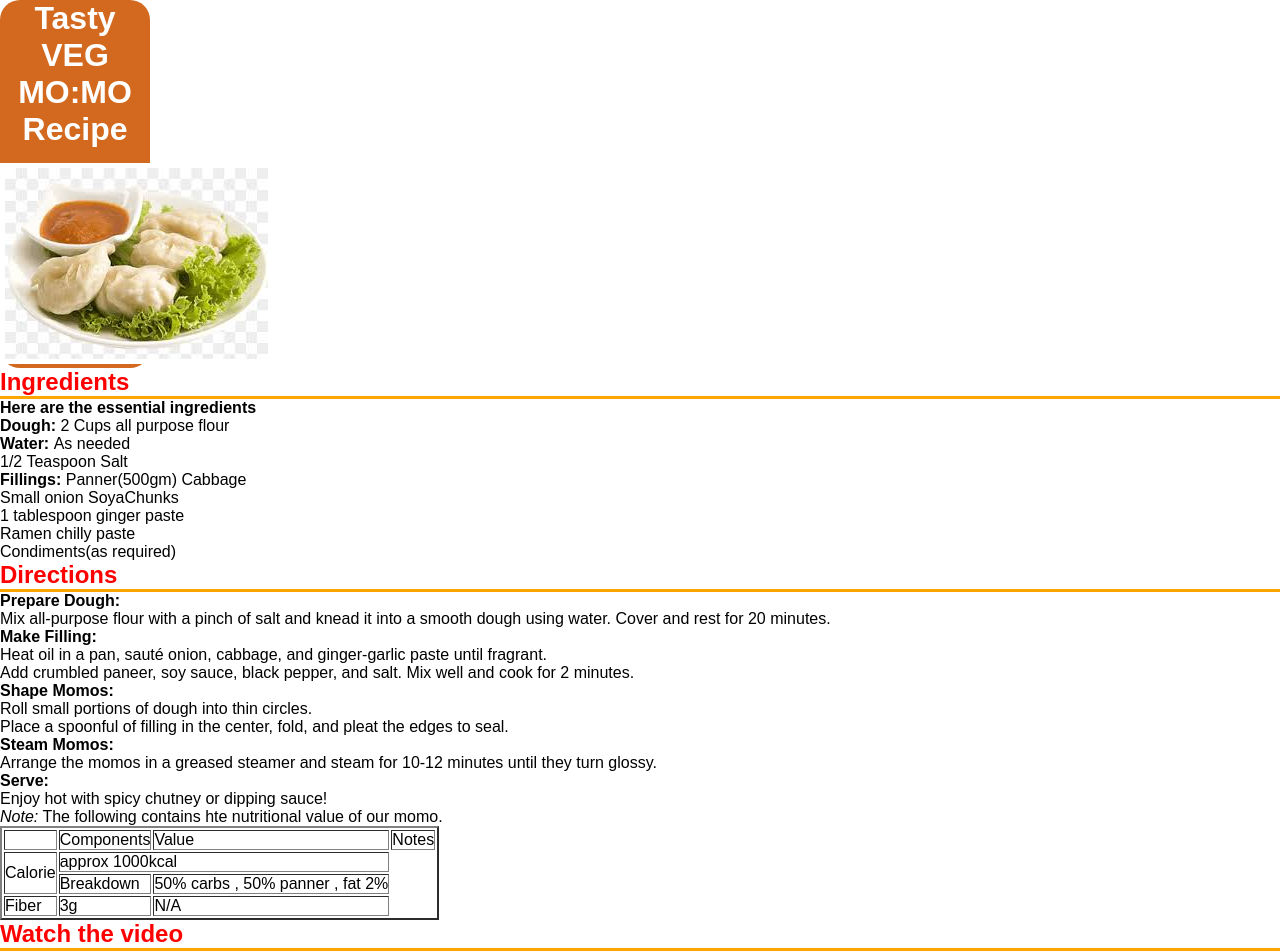
Repository: GigaByte6610/recipe
Page: index.html
These files come from the project's save history. The page is drawn as it stood at one moment and after the next save; the edit follows.
The browser window is 1280 px wide. The pictures show the part of the page from y = 0 to 952 px (the page is 1324 px tall before and 1213 px after).
Pictures or frames that could not be fetched are drawn as grey boxes.

Above is the page before, as saved 2025-02-05 04:22:09.

After the next save:
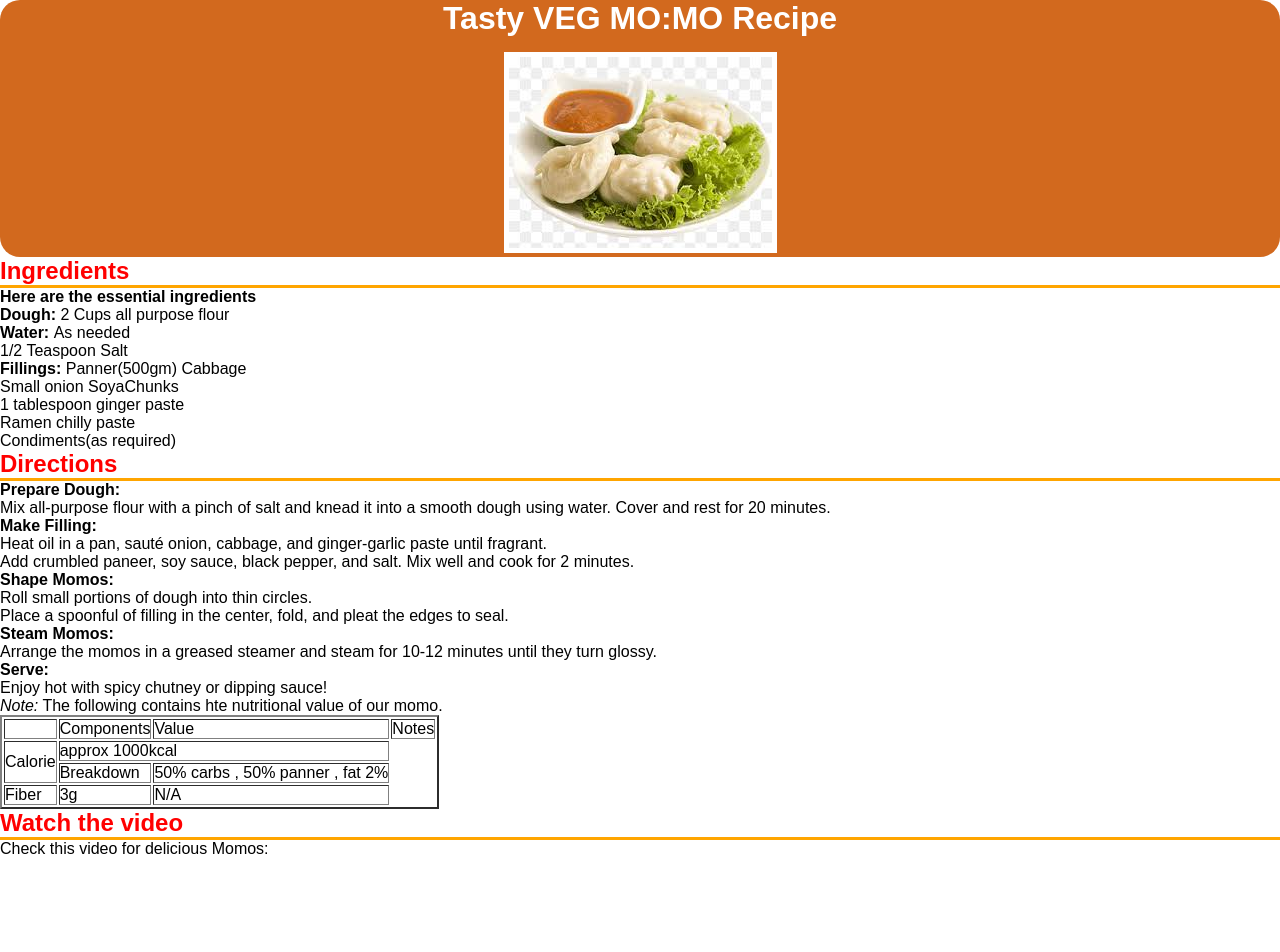
Saved 89 s later.
--- a/style.css
+++ b/style.css
@@ -10,7 +10,6 @@ body {
 
 header {
     background-color: chocolate;
-    width: 150px;
     border: 200px;
     text-align: center;
     border-radius: 20px;
@@ -26,7 +25,12 @@ header img {
     border: 5px solid white;
 }
 
+section {
+    background-color: white;
+}
+
 section h2 {
     color: red;
     border-bottom: 3px solid orange;
+    padding: ;
 }
